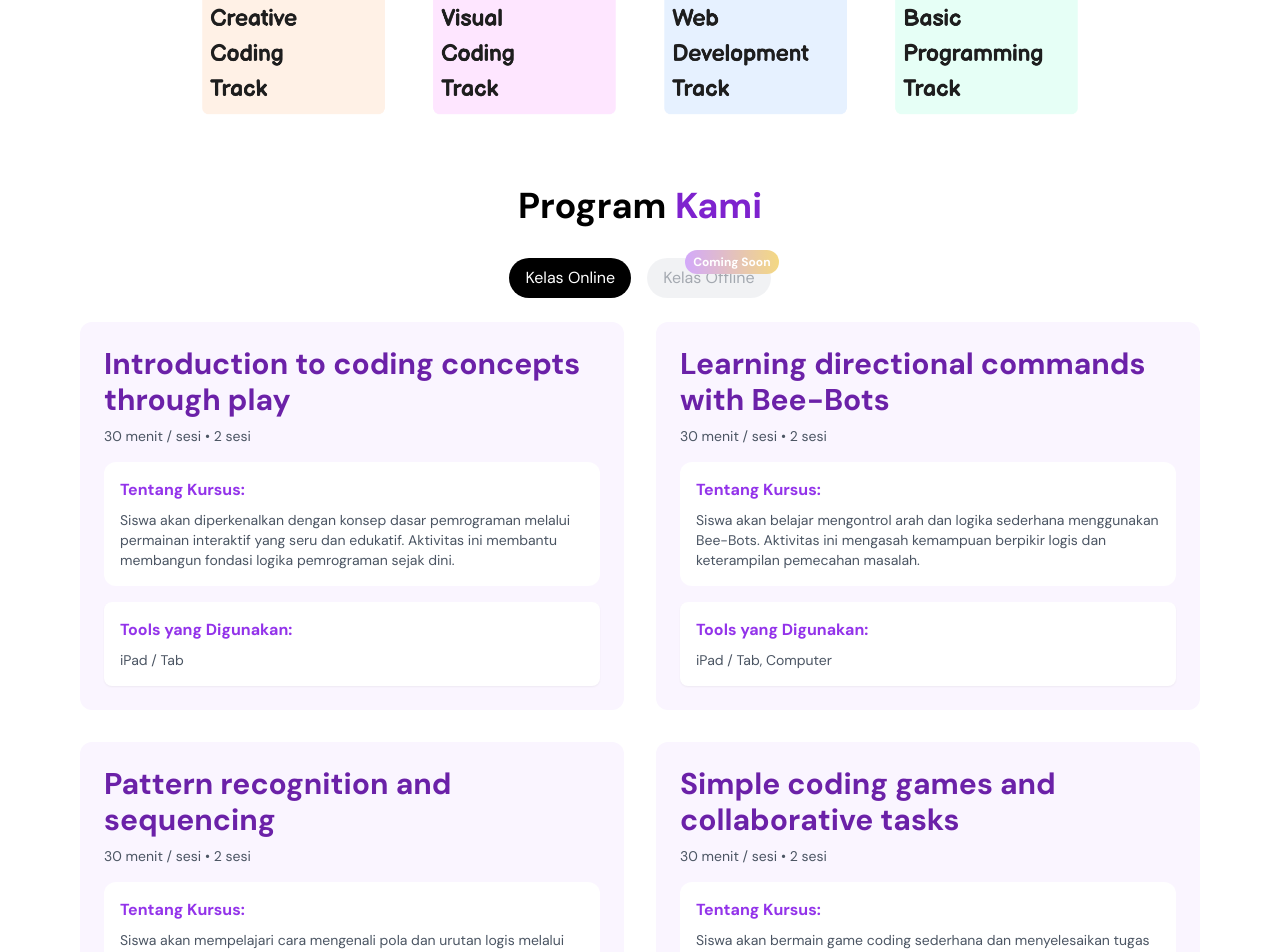
Repository: paskasiregar/ttccomweb
Page: /track/basic-programming
The author's editor kept a copy of each file at every save. The page is drawn from the files as they stood at one save, then again after the next save.
The browser window is 1280 px wide. The pictures show the part of the page from y = 1893 to 2845 px (the page is 3055 px tall before and 2247 px after).
The project was rebuilt for these pictures with package versions that can differ from the ones it lists, and the page was loaded fresh each time. The framework's server and built-in components were replaced by stand-ins that run in the browser. Also part of the build but not shown: next.config.js, next.config.mjs.

Above is the page before, as saved 2024-11-16 23:35:57.

### src/app/layout.js
import "./globals.css";
import { DM_Sans } from "next/font/google";

const dmSans = DM_Sans({
  subsets: ["latin"],
  weight: ["400", "500", "700"], // Include only the weights you need
  variable: "--font-dm-sans", // Optional: CSS variable for global use
});

export const metadata = {
  title: "Tiny Tech Club",
  description: "Small techies, big dreams 🚀",
};

export default function RootLayout({ children }) {
  return (
    <html lang="en" className={dmSans.variable}>
      <body className="antialiased">{children}</body>
    </html>
  );
}

### src/app/template.js
import React from "react";

export default function TrackTemplate({ title, description, children }) {
  return (
    <div>
      {/* Hero Section */}
      <div className="relative h-screen w-full">
        <img
          src="https://images.unsplash.com/photo-1494783367193-149034c05e8f"
          alt="Background"
          className="absolute inset-0 w-full h-full object-cover filter blur-sm"
        />
        <div className="absolute inset-0 bg-black bg-opacity-50"></div>
        <div className="absolute inset-0 flex flex-col items-center justify-center">
          <h1 className="text-4xl text-white font-bold">{title}</h1>
          <p className="text-xl text-white mt-4">{description}</p>
        </div>
      </div>

      {/* Content Section */}
      <div className="max-w-7xl mx-auto px-4 py-8">{children}</div>
    </div>
  );
}

### src/app/track/[track]/page.js
"use client";
import { useParams } from "next/navigation";
import TrackTemplate from "../[track]";
import Image from "next/image";
import ljImage from "@/assets/lj.png";
import ProgramTabs from "@/components/programTabs";

export default function TrackPage() {
  const { track } = useParams();

  const trackDetails = {
    "creative-coding": {
      title: "Creative Coding Track",
      description:
        "Kenalkan coding ke anak-anak dengan aktivitas seru dan edukatif. Cocok banget buat usia 4-5 tahun untuk membangun kemampuan berpikir logis.",
      backgroundImage:
        "https://images.unsplash.com/photo-1544717305-2782549b5136", // Replace with a relevant Creative Coding image
    },
    "visual-coding": {
      title: "Visual Coding Track",
      description:
        "Belajar konsep pemrograman visual pakai ScratchJr. Cocok buat anak usia 6-7 tahun untuk bikin cerita dan proyek seru sambil belajar coding dasar.",
      backgroundImage:
        "https://images.unsplash.com/photo-1573164574393-b9b12c3ff9c6", // Replace with a relevant Visual Coding image
    },
    // Add more tracks as needed
  };

  const trackCards = {
    "creative-coding": [
      {
        title: "Introduction to Coding Concepts Through Play",
        duration: "30 menit",
        sessions: "2 sesi",
        description:
          "Siswa akan diperkenalkan dengan konsep dasar pemrograman melalui permainan interaktif yang seru dan edukatif.",
        tools: "iPad / Tab",
      },
      {
        title: "Learning Directional Commands with Bee-Bots",
        duration: "30 menit",
        sessions: "2 sesi",
        description:
          "Siswa akan belajar mengontrol arah dan logika sederhana menggunakan Bee-Bots.",
        tools: "iPad / Tab, Komputer",
      },
    ],
    "visual-coding": [
      {
        title: "Create Your First Animated Story",
        duration: "45 menit",
        sessions: "3 sesi",
        description:
          "Belajar membuat cerita animasi pertama dengan ScratchJr, memperkenalkan dasar pemrograman visual.",
        tools: "Laptop / Komputer",
      },
      {
        title: "Interactive Games and Storyboards",
        duration: "40 menit",
        sessions: "2 sesi",
        description:
          "Membuat game interaktif dan storyboard sederhana menggunakan elemen visual coding.",
        tools: "Tablet / Komputer",
      },
    ],
  };

  const trackData = trackDetails[track] || {
    title: "Track Tidak Ditemukan",
    description: "Track yang kamu cari nggak ada nih.",
    backgroundImage:
      "https://images.unsplash.com/photo-1506748686214-e9df14d4d9d0", // Default image for not found
  };

  const cards = trackCards[track] || [];

  return (
    <div className="mx-auto">
      {/* Back Button */}
      <div className="my-4 px-4 sm:px-8">
        <button
          className="secondary-button"
          onClick={() => (window.location.href = "/")}
        >
          &lt; Kembali
        </button>
      </div>

      {/* Track Template */}
      <section>
        <TrackTemplate
          title={trackData.title}
          description={trackData.description}
          backgroundImage={trackData.backgroundImage}
        />

        {/* Learning Journey Section */}
        <section className="w-full my-8 px-4 sm:px-8 max-w-container py-20">
          <div>
            <div className="flex flex-col md:flex-row items-center md:items-start md:justify-between">
              <div className="max-w-lg md:w-1/2">
                <h1 className="text-6xl md:text-6xl font-bold mb-8">
                  Learning <span className="text-purple-700">Journey</span>
                </h1>
              </div>
              <div className="mt-6 md:mt-0 md:w-1/2 mb-8">
                <p className="text-gray-600 text-base md:text-md">
                  Yuk, mulai perjalanan belajar yang seru dan inspiratif buat
                  anak-anak!
                </p>
              </div>
            </div>
            <div className="mt-6 md:mt-0 mb-8">
              <Image
                src={ljImage}
                alt="Perjalanan Belajar"
                width={1440}
                height={1000}
                className="rounded-lg"
              />
            </div>
          </div>
        </section>

        {/* Our Program Section */}
        <section className="w-full my-8 px-4 sm:px-8 max-w-container mb-8">
          <h2 className="text-center text-4xl font-bold mb-8">
            Program <span className="text-purple-700">Kami</span>
          </h2>
          <ProgramTabs cards={cards} />
        </section>
      </section>
    </div>
  );
}

### src/app/globals.css
@tailwind base;
@tailwind components;
@tailwind utilities;

@import url('https://fonts.googleapis.com/css2?family=DM+Sans:wght@400;500;700&display=swap');

:root {
  --font-dm-sans: "DM Sans", sans-serif;
}

@font-face {
  font-family: 'DM Sans';
  src: url('/fonts/DM-Sans.woff2') format('woff2'),
    url('/fonts/DM-Sans.woff') format('woff');
  font-weight: 400;
  font-style: normal;
}

body {
  font-family: 'DM Sans', sans-serif;
}

.dm-sans-custom {
  font-family: "DM Sans", sans-serif;
  font-optical-sizing: auto;
  font-weight: 400;
  font-style: normal;
}

body {
  font-family: 'DM Sans', Arial, Helvetica, sans-serif;
  margin: 0;
  padding: 0;
  box-sizing: border-box;
}

*,
*::before,
*::after {
  box-sizing: inherit;
}

/* Container class for centering content */
.max-w-container {
  max-width: 1440px;
  margin: 0 auto;
  padding: 0 16px;
  /* Optional padding for spacing on smaller screens */
}

### src/app/track/[track].js
import React from "react";

export default function TrackTemplate({ title, description, children }) {
  return (
    <div>
      {/* Hero Section */}
      <div className="relative h-screen w-full">
        <img
          src="https://images.unsplash.com/photo-1494783367193-149034c05e8f"
          alt="Background"
          className="absolute inset-0 w-full h-full object-cover filter blur-sm"
        />
        <div className="absolute inset-0 bg-black bg-opacity-50"></div>
        <div className="absolute inset-0 flex flex-col items-center justify-center">
          <h1 className="text-6xl text-white font-bold p-8">{title}</h1>
          <p className="text-xl text-white mt-4 p-8">{description}</p>
        </div>
      </div>

      {/* Content Section */}
      <div className="max-w-7xl mx-auto px-4 py-8">{children}</div>
    </div>
  );
}

### src/components/programTabs.jsx
import React, { useState } from "react";
import ClassType from "./classType"; // Import the cards component for online tab

function ProgramTabs() {
  const [activeTab, setActiveTab] = useState("online");

  const tabs = [
    { id: "online", label: "Kelas Online", disabled: false },
    { id: "offline", label: "Kelas Offline", disabled: true },
  ];

  const handleTabClick = (tabId, disabled) => {
    if (!disabled) {
      setActiveTab(tabId);
    }
  };

  return (
    <div className="w-full">
      {/* Tabs */}
      <div className="flex justify-center space-x-4 mb-6">
        {tabs.map((tab) => (
          <button
            key={tab.id}
            className={`relative py-2 px-4 rounded-full ${
              activeTab === tab.id
                ? "bg-black text-white"
                : "bg-gray-200 text-gray-600"
            } ${tab.disabled ? "opacity-50 cursor-not-allowed" : ""}`}
            onClick={() => handleTabClick(tab.id, tab.disabled)}
            disabled={tab.disabled}
          >
            {tab.label}
            {/* Show 'Coming Soon' chip on disabled tabs */}
            {tab.disabled && (
              <span className="absolute -top-2 -right-2 text-xs font-bold text-white px-2 py-1 rounded-full bg-gradient-to-r from-purple-500 to-yellow-500">
                Coming Soon
              </span>
            )}
          </button>
        ))}
      </div>

      {/* Tab Content */}
      <div>
        {activeTab === "online" && (
          <div>
            {/* Render the cards for the online tab */}
            <ClassType />
          </div>
        )}
        {activeTab === "offline" && (
          <div>
            <p className="text-center text-gray-600">
              Konten untuk Kelas Offline sedang dalam pengembangan.
            </p>
          </div>
        )}
      </div>
    </div>
  );
}

export default ProgramTabs;

### src/components/classType.jsx
import ClassCard from "./classCard";

export default function ClassType() {
  return (
    <div className="grid grid-cols-1 md:grid-cols-2 gap-8 px-4 sm:px-8 max-w-container">
      <ClassCard
        title="Introduction to coding concepts through play"
        duration="30 menit"
        sessions="2 sesi"
        description="Siswa akan diperkenalkan dengan konsep dasar pemrograman melalui permainan interaktif yang seru dan edukatif. Aktivitas ini membantu membangun fondasi logika pemrograman sejak dini."
        tools="iPad / Tab"
      />
      <ClassCard
        title="Learning directional commands with Bee-Bots"
        duration="30 menit"
        sessions="2 sesi"
        description="Siswa akan belajar mengontrol arah dan logika sederhana menggunakan Bee-Bots. Aktivitas ini mengasah kemampuan berpikir logis dan keterampilan pemecahan masalah."
        tools="iPad / Tab, Computer"
      />
      <ClassCard
        title="Pattern recognition and sequencing"
        duration="30 menit"
        sessions="2 sesi"
        description="Siswa akan mempelajari cara mengenali pola dan urutan logis melalui tugas-tugas menarik. Aktivitas ini meningkatkan kemampuan observasi dan pengelompokan pola."
        tools="iPad / Tab"
      />
      <ClassCard
        title="Simple coding games and collaborative tasks"
        duration="30 menit"
        sessions="2 sesi"
        description="Siswa akan bermain game coding sederhana dan menyelesaikan tugas kolaboratif untuk memahami dasar-dasar pemrograman sambil bekerja sama dalam tim."
        tools="iPad / Tab"
      />
    </div>
  );
}

### src/components/classCard.jsx
import React from "react";
import PropTypes from "prop-types";

function ClassCard({ title, duration, sessions, description, tools }) {
  return (
    <div className="bg-purple-50 rounded-xl p-6">
      {/* Title */}
      <h3 className="text-3xl font-bold text-purple-800 mb-2">{title}</h3>

      {/* Duration and Sessions */}
      <p className="text-gray-600 text-sm mb-4">
        {duration} / sesi • {sessions}
      </p>

      {/* Description */}
      <div className="bg-white rounded-xl p-4 mb-4">
        <h4 className="text-purple-600 font-semibold mb-2">Tentang Kursus:</h4>
        <p className="text-gray-600 text-sm">{description}</p>
      </div>

      {/* Tools */}
      <div className="bg-white rounded-lg p-4 shadow-sm">
        <h4 className="text-purple-600 font-semibold mb-2">
          Tools yang Digunakan:
        </h4>
        <p className="text-gray-600 text-sm">{tools}</p>
      </div>
    </div>
  );
}

ClassCard.propTypes = {
  title: PropTypes.string.isRequired,
  duration: PropTypes.string.isRequired,
  sessions: PropTypes.string.isRequired,
  description: PropTypes.string.isRequired,
  tools: PropTypes.string.isRequired,
};

export default ClassCard;

Loaded but not shown: tailwind.config.js (common file)

After the next save:
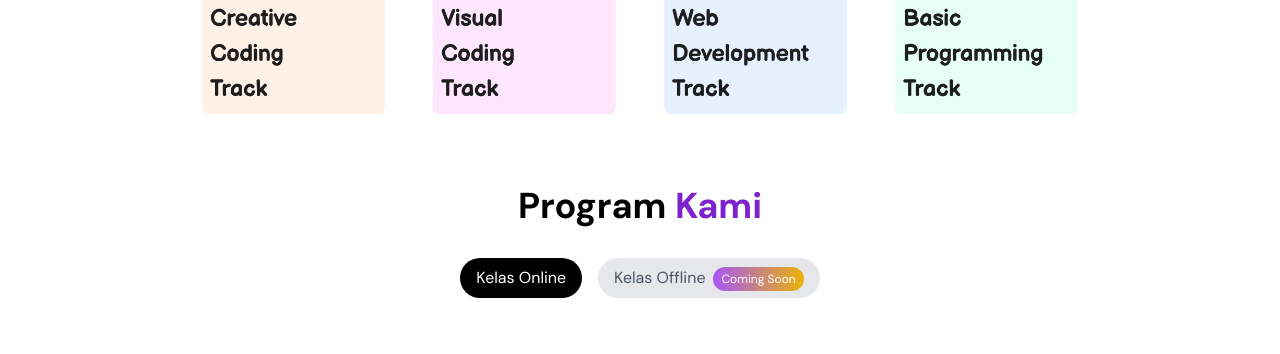
Saved 16 s later.
--- a/src/components/programTabs.jsx
+++ b/src/components/programTabs.jsx
@@ -1,19 +1,15 @@
 import React, { useState } from "react";
-import ClassType from "./classType"; // Import the cards component for online tab
+import ClassCard from "./classCard";
 
-function ProgramTabs() {
+function ProgramTabs({ cards }) {
   const [activeTab, setActiveTab] = useState("online");
 
   const tabs = [
-    { id: "online", label: "Kelas Online", disabled: false },
-    { id: "offline", label: "Kelas Offline", disabled: true },
+    { id: "online", label: "Kelas Online" },
+    { id: "offline", label: "Kelas Offline" },
   ];
 
-  const handleTabClick = (tabId, disabled) => {
-    if (!disabled) {
-      setActiveTab(tabId);
-    }
-  };
+  const handleTabClick = (tabId) => setActiveTab(tabId);
 
   return (
     <div className="w-full">
@@ -22,18 +18,17 @@ function ProgramTabs() {
         {tabs.map((tab) => (
           <button
             key={tab.id}
-            className={`relative py-2 px-4 rounded-full ${
+            className={`py-2 px-4 rounded-full ${
               activeTab === tab.id
                 ? "bg-black text-white"
                 : "bg-gray-200 text-gray-600"
-            } ${tab.disabled ? "opacity-50 cursor-not-allowed" : ""}`}
-            onClick={() => handleTabClick(tab.id, tab.disabled)}
-            disabled={tab.disabled}
+            }`}
+            onClick={() => handleTabClick(tab.id)}
+            disabled={tab.id === "offline"}
           >
             {tab.label}
-            {/* Show 'Coming Soon' chip on disabled tabs */}
-            {tab.disabled && (
-              <span className="absolute -top-2 -right-2 text-xs font-bold text-white px-2 py-1 rounded-full bg-gradient-to-r from-purple-500 to-yellow-500">
+            {tab.id === "offline" && (
+              <span className="ml-2 bg-gradient-to-r from-purple-500 to-yellow-500 text-white px-2 py-1 text-xs rounded-full">
                 Coming Soon
               </span>
             )}
@@ -44,16 +39,10 @@ function ProgramTabs() {
       {/* Tab Content */}
       <div>
         {activeTab === "online" && (
-          <div>
-            {/* Render the cards for the online tab */}
-            <ClassType />
-          </div>
-        )}
-        {activeTab === "offline" && (
-          <div>
-            <p className="text-center text-gray-600">
-              Konten untuk Kelas Offline sedang dalam pengembangan.
-            </p>
+          <div className="grid grid-cols-1 md:grid-cols-2 gap-8">
+            {cards.map((card, index) => (
+              <ClassCard key={index} {...card} />
+            ))}
           </div>
         )}
       </div>
